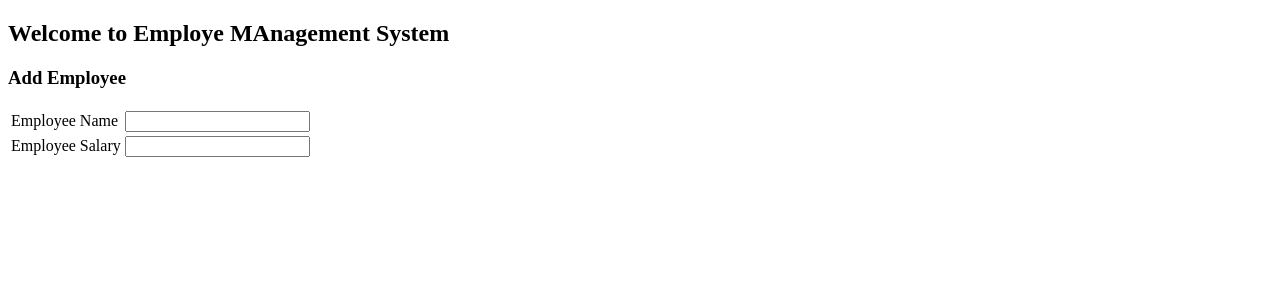
Repository: aamir5773/Spring
Page: http://localhost/SpringMvcEmployeeManagement-1WithJdbc/addEmployeePage
The author's editor kept a copy of each file at every save. The page is drawn from the files as they stood at one save, then again after the next save.
The browser window is 1280 px wide. The pictures show the whole page.
The page is served by Tomcat 9.

Above is the page before, as saved 2019-11-14 06:59:21.

After the next save:
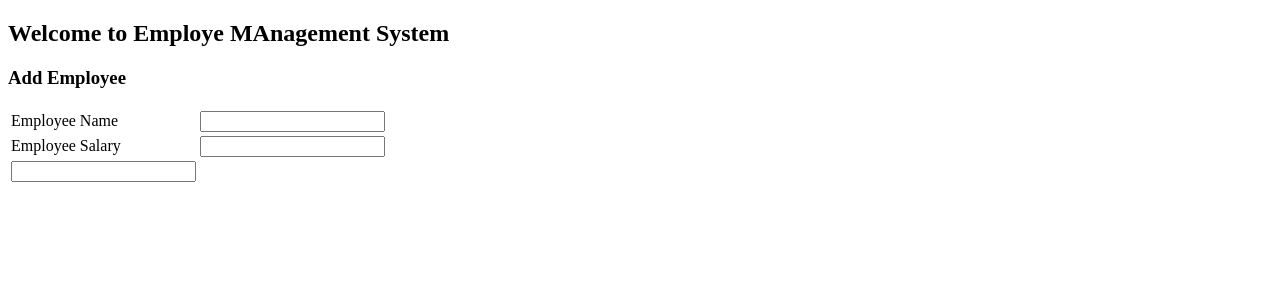
Saved 24 s later.
--- a/SpringMvcEmployeeManagement-1WithJdbc/WebContent/WEB-INF/pages/AddEmployee.jsp
+++ b/SpringMvcEmployeeManagement-1WithJdbc/WebContent/WEB-INF/pages/AddEmployee.jsp
@@ -19,6 +19,9 @@
 	<td>Employee Salary </td>
 	<td><input type="text" name="employeeSalary"></td>
 	</tr>
+	<tr>
+	<td><input type="text" name="employeeName"></td>
+	</tr>
 
 	</table>
 
